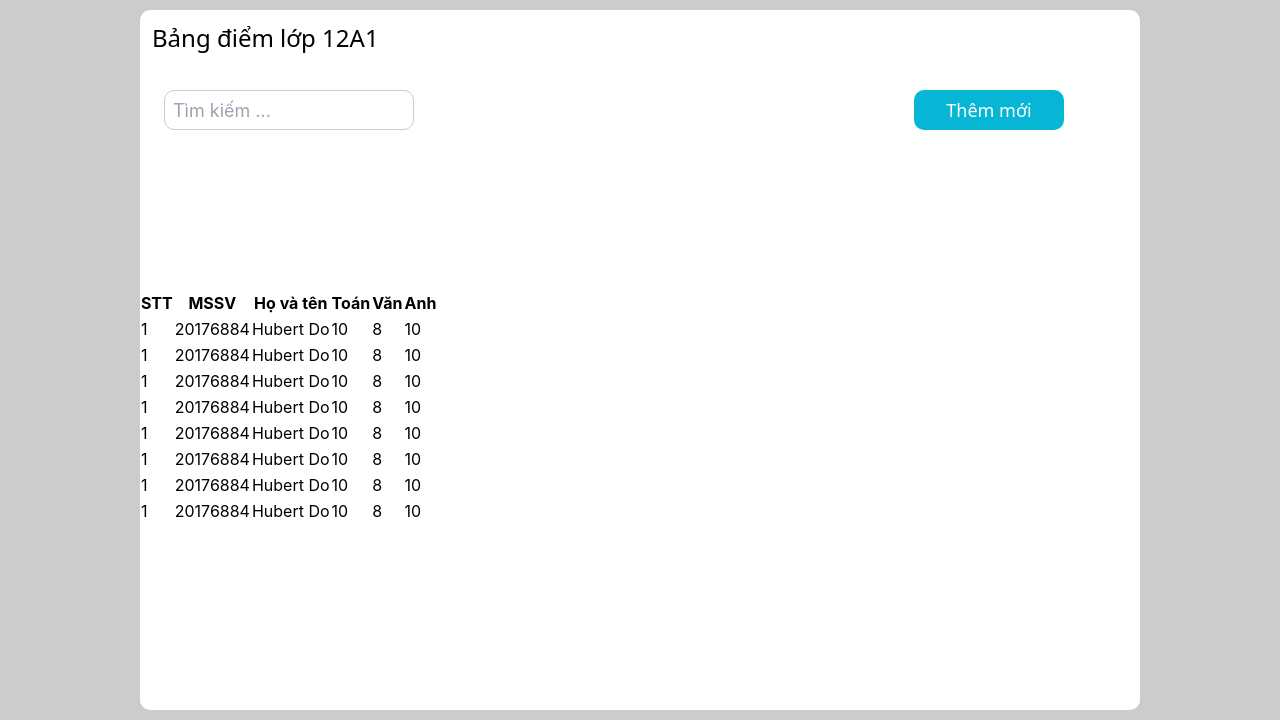
Repository: doducthuan/ReactJS-Movie
Page: /
An editor plug-in stored every save of this project. The page is shown before and after the next save, followed by the edit.
The browser window is 1280 px wide. The pictures show the whole page.
The project was rebuilt for these pictures with package versions that can differ from the ones it lists, and the page was loaded fresh each time. Also part of the build but not shown: src/App.css.

Above is the page before, as saved 2024-01-13 07:34:10.

After the next save:
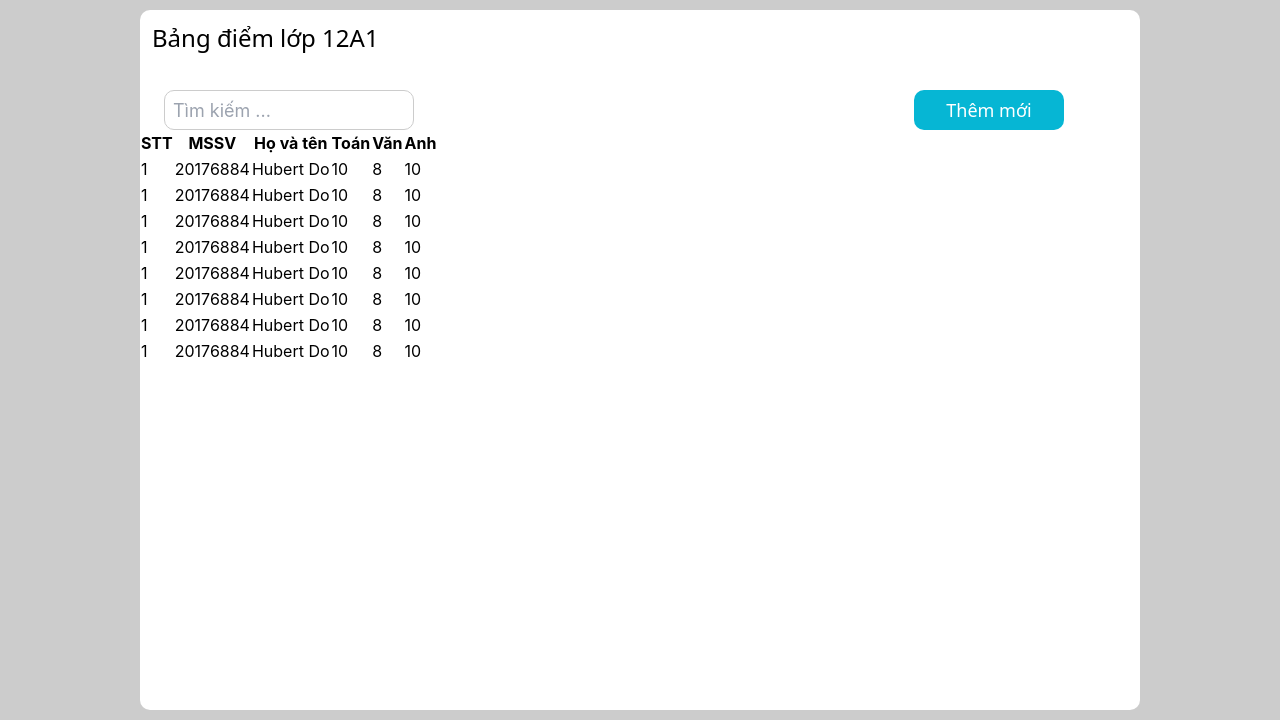
Saved 45 s later.
--- a/src/components/students/styles.css
+++ b/src/components/students/styles.css
@@ -12,7 +12,6 @@
     border-radius: 10px;
 }
 .search-add{
-    height: 200px;
     gap: 500px;
 }
 .search-all{
